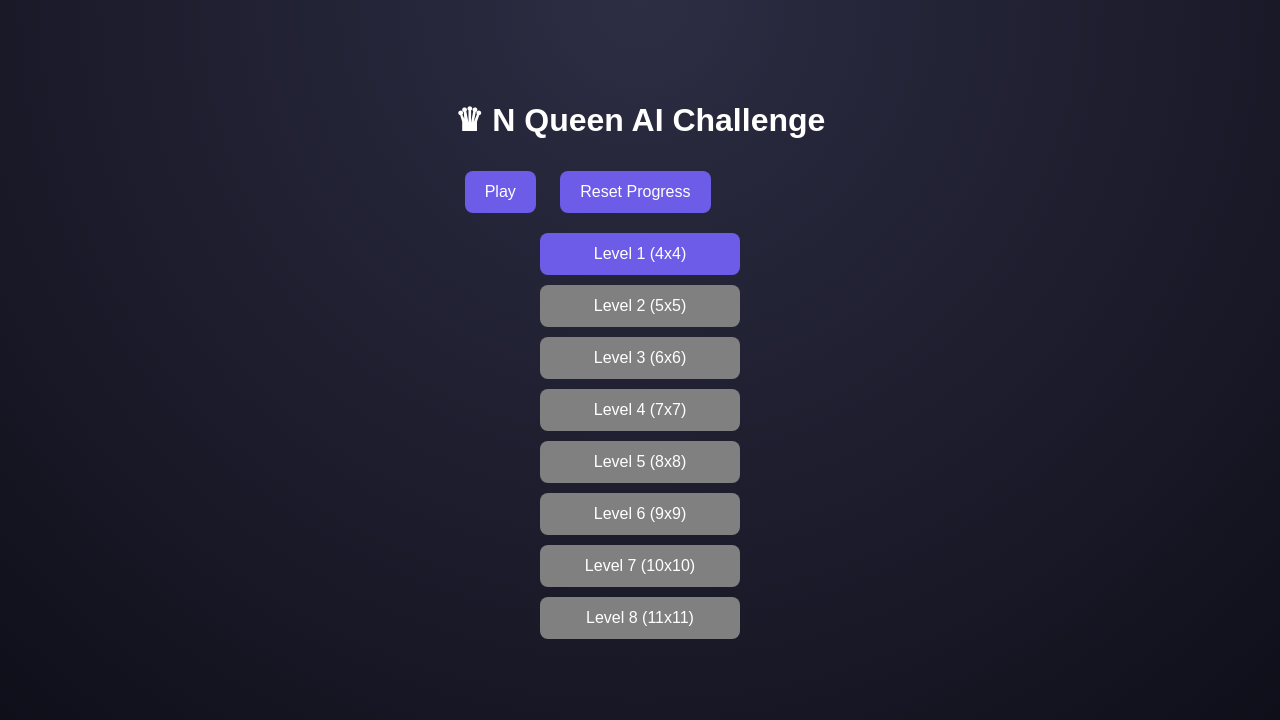
Repository: lissaintech/NQueen
Page: index.html
An editor plug-in stored every save of this project. The page is shown before and after the next save, followed by the edit.
The browser window is 1280 px wide. The pictures show the whole page.

Above is the page before, as saved 2026-03-08 19:12:24.

### index.html
<!DOCTYPE html>
<html>

<head>
    <meta charset="UTF-8">
    <title>N Queen AI Challenge</title>
    <link rel="stylesheet" href="style.css">
</head>

<body>

    <div id="homeScreen">

<div class="menuCard">

<h1 class="gameTitle">♛ N Queen AI Challenge</h1>

<button class="playBtn" onclick="startLevel(unlockedLevel)">Play</button>

<button class="resetBtn" onclick="resetProgress()">Reset Progress</button>

<div id="levels"></div>

</div>

</div>


    <div id="gameScreen" style="display:none;">

        <h2>Level <span id="levelDisplay"></span></h2>

        <div class="stats">

            Time: <span id="timer">00:00</span>

            Moves: <span id="moves">0</span>

        </div>

        <div id="board"></div>

       <button onclick="checkSolution()">Check</button>
        <button onclick="solveAI()">AI Solve</button>
        <button onclick="restartLevel()">Restart</button>
        <button onclick="goHome()">Home</button>

    </div>


    <div id="winScreen" style="display:none;">

        <h2>Level Complete</h2>

        <p>Time: <span id="finalTime"></span></p>

        <button onclick="nextLevel()">Next Level</button>

        <button onclick="goHome()">Home</button>

    </div>

    <script src="script.js"></script>

</body>

</html>

### style.css
body{

font-family: Arial, sans-serif;

background:
radial-gradient(circle at top,#2d2d44,#0f0f1a);

color:white;

display:flex;
justify-content:center;
align-items:center;

min-height:100vh;

margin:0;

}

h1{
margin-top:30px;
}

button{

padding:12px 20px;
margin:10px;
border:none;
border-radius:8px;
background:#6c5ce7;
color:white;
font-size:16px;

}

button:hover{

background:#4834d4;

}

#board{

display:grid;
justify-content:center;
margin-top:20px;

}

.cell{

width:60px;
height:60px;
display:flex;
align-items:center;
justify-content:center;
font-size:34px;
cursor:pointer;

}

.white{

background:#f0d9b5;
color:black;

}

.black{

background:#b58863;

}

.stats{

margin:10px;
font-size:18px;

}

#levels button{

display:block;
margin:10px auto;
width:200px;

}

.cell{

transition: all 0.15s ease;

}

button{

transition: all 0.2s ease;

}

button:active{

transform: scale(0.95);

}

.queen{
width:38px;
height:38px;
pointer-events:none;
}

.attack {
box-shadow: inset 0 0 12px rgba(255, 80, 80, 0.9);
animation: attackFade 1.2s ease forwards;
}

@keyframes attackFade {
0%{
box-shadow: inset 0 0 18px rgba(255,80,80,1);
}
100%{
box-shadow: inset 0 0 6px rgba(255,80,80,0.25);
}
}

button.reset{
background:#d63031;
}

button.reset:hover{
background:#b71c1c;
}

### script.js
let currentLevel = 1;
let maxLevel = 8;

let n;
let board;

let moves = 0;
let seconds = 0;
let timerInterval;

let unlockedLevel = localStorage.getItem("unlockedLevel") || 1;



// SOUND EFFECTS

const placeSound = new Audio("place.mp3");
const winSound = new Audio("win.mp3");



// SHOW LEVELS SCREEN

function showLevels(){

 document.getElementById("homeScreen").style.display="block";
 document.getElementById("gameScreen").style.display="none";
 document.getElementById("winScreen").style.display="none";

 let levelDiv = document.getElementById("levels");
 levelDiv.innerHTML="";

 for(let i=1;i<=maxLevel;i++){

   let btn=document.createElement("button");

   let bestTime = localStorage.getItem("bestTime_"+i);

   btn.innerText =
     "Level "+i+
     " ("+(i+3)+"x"+(i+3)+")"+
     (bestTime ? " ⭐ "+bestTime : "");

   if(i>unlockedLevel){

     btn.disabled=true;
     btn.style.background="gray";

   }else{

     btn.onclick=()=>startLevel(i);

   }

   levelDiv.appendChild(btn);
 }
}



// START LEVEL

function startLevel(level){

 currentLevel = level;
 n = level+3;

 board = new Array(n).fill(-1);

 moves = 0;
 seconds = 0;

 updateMoves();
 updateTimerDisplay();

 document.getElementById("levelDisplay").innerText=level;

 document.getElementById("homeScreen").style.display="none";
 document.getElementById("gameScreen").style.display="block";

 createBoard();
 startTimer();
}



// CREATE BOARD

function createBoard(){

 let boardDiv=document.getElementById("board");

 boardDiv.innerHTML="";

 boardDiv.style.gridTemplateColumns=`repeat(${n},60px)`;

 for(let row=0;row<n;row++){

   for(let col=0;col<n;col++){

     let cell=document.createElement("div");

     cell.className="cell "+((row+col)%2==0?"white":"black");

     cell.id=row+"-"+col;

     cell.onclick=()=>placeQueen(row,col);

     boardDiv.appendChild(cell);
   }
 }
}



// PLACE QUEEN

function placeQueen(row,col){

 placeSound.play();

 if(board[row]==col)
   board[row]=-1;
 else
   board[row]=col;

 moves++;

 updateMoves();
 updateBoardUI();

 setTimeout(()=>{
document.querySelectorAll(".attack").forEach(cell=>{
cell.classList.remove("attack");
});
},2000);
}



// UPDATE BOARD

function updateBoardUI(){

 for(let row=0;row<n;row++){
   for(let col=0;col<n;col++){

     let cell=document.getElementById(row+"-"+col);

     cell.classList.remove("attack");

     if(board[row]==col){
       cell.innerText="♛";
     }else{
       cell.innerText="";
     }
   }
 }

    document.querySelectorAll(".cell").forEach(cell=>{
    cell.classList.remove("attack");
    });

 // mark attacked cells

 for(let r=0;r<n;r++){

   if(board[r]==-1) continue;

   let c=board[r];

   for(let i=0;i<n;i++){

     // same column
     if(i!=r){
       let cell=document.getElementById(i+"-"+c);
       cell.classList.add("attack");
     }

     // diagonals
     let d1=c+(i-r);
     let d2=c-(i-r);

     if(d1>=0 && d1<n){
       let cell=document.getElementById(i+"-"+d1);
       cell.classList.add("attack");
     }

     if(d2>=0 && d2<n){
       let cell=document.getElementById(i+"-"+d2);
       cell.classList.add("attack");
     }
   }
 }
}



// TIMER

function startTimer(){

 clearInterval(timerInterval);

 timerInterval=setInterval(()=>{

   seconds++;
   updateTimerDisplay();

 },1000);
}



function updateTimerDisplay(){

 let m=Math.floor(seconds/60);
 let s=seconds%60;

 document.getElementById("timer").innerText=
 String(m).padStart(2,'0')+":"+
 String(s).padStart(2,'0');
}



// MOVES

function updateMoves(){

 document.getElementById("moves").innerText=moves;
}



// CHECK SOLUTION

function checkSolution(){

 if(isValid()){

   winSound.play();

   clearInterval(timerInterval);

   saveBestTime();

   unlockNextLevel();

   document.getElementById("finalTime").innerText=
     document.getElementById("timer").innerText;

   document.getElementById("gameScreen").style.display="none";
   document.getElementById("winScreen").style.display="block";

 }else{

   alert("Invalid placement");
 }
}



// SAVE BEST TIME

function saveBestTime(){

 let key="bestTime_"+currentLevel;

 let oldTime=localStorage.getItem(key);

 if(!oldTime || seconds < timeToSeconds(oldTime)){

   localStorage.setItem(key,document.getElementById("timer").innerText);
 }
}



// CONVERT MM:SS TO SECONDS

function timeToSeconds(time){

 let parts=time.split(":");

 return parseInt(parts[0])*60 + parseInt(parts[1]);
}



// UNLOCK NEXT LEVEL

function unlockNextLevel(){

 if(currentLevel>=unlockedLevel){

   unlockedLevel++;

   localStorage.setItem("unlockedLevel",unlockedLevel);
 }
}



// VALIDATE

function isValid(){

 for(let i=0;i<n;i++){

   if(board[i]==-1) return false;

   for(let j=i+1;j<n;j++){

     if(board[i]==board[j]) return false;

     if(Math.abs(board[i]-board[j])==Math.abs(i-j))
       return false;
   }
 }

 return true;
}



// AI SOLVER

function solveAI(){

 let sol=new Array(n).fill(-1);

 if(backtrack(sol,0)){

   board=sol;

   updateBoardUI();
 }
}



function backtrack(sol,row){

 if(row==n) return true;

 for(let col=0;col<n;col++){

   if(isSafe(sol,row,col)){

     sol[row]=col;

     if(backtrack(sol,row+1)) return true;
   }
 }

 sol[row]=-1;

 return false;
}



function isSafe(sol,row,col){

 for(let i=0;i<row;i++){

   if(sol[i]==col) return false;

   if(Math.abs(sol[i]-col)==Math.abs(i-row))
     return false;
 }

 return true;
}



// NAVIGATION

function nextLevel(){

 startLevel(currentLevel+1);
}

function goHome(){

 showLevels();
}



// INIT

showLevels();


//RESTART

function restartLevel(){
 startLevel(currentLevel);
}

//RESET PROGRESS

function resetProgress(){

 if(confirm("Reset all progress?")){

   for(let i=1;i<=maxLevel;i++){
     localStorage.removeItem("bestTime_"+i);
   }

   localStorage.setItem("unlockedLevel",1);
   unlockedLevel = 1;

   showLevels();
 }
}

After the next save:
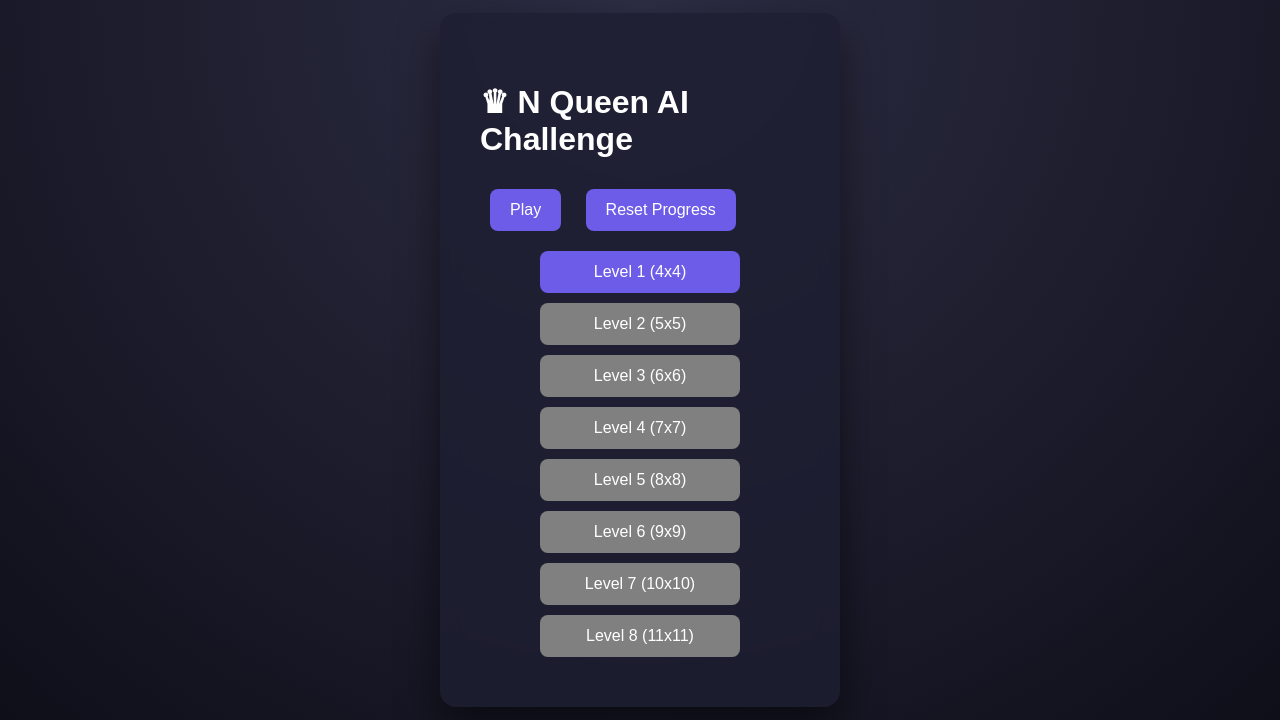
Saved 8 s later.
--- a/style.css
+++ b/style.css
@@ -132,3 +132,20 @@ background:#d63031;
 button.reset:hover{
 background:#b71c1c;
 }
+
+
+.menuCard{
+
+background: rgba(30,30,50,0.8);
+
+padding:40px;
+
+border-radius:16px;
+
+box-shadow:0 20px 40px rgba(0,0,0,0.5);
+
+width:320px;
+
+backdrop-filter: blur(10px);
+
+}
